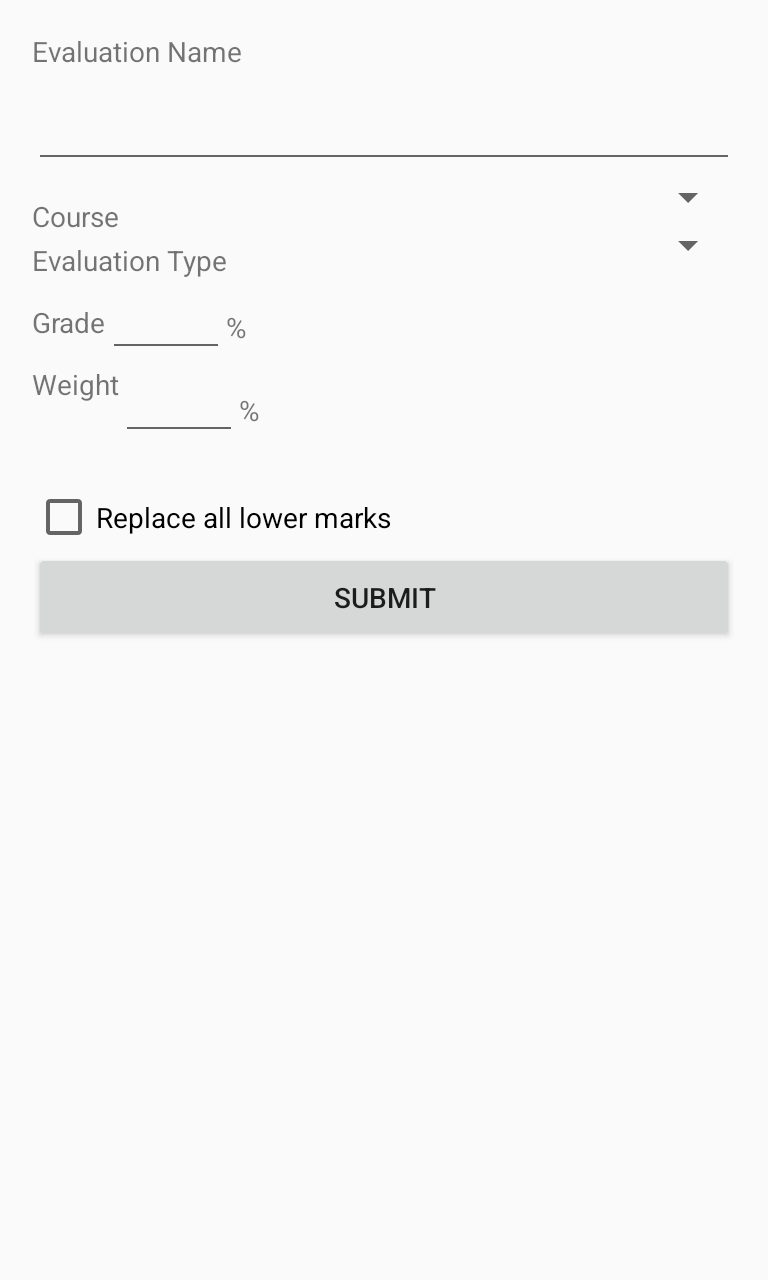
Repository: Tenergy05/GradePlanner
Layout: GradePlanner/res/layout/activity_add_mark.xml
An editor plug-in stored every save of this project. The layout is shown before and after the next save, followed by the edit.
It is drawn on a 768 x 1280 px phone screen (xhdpi) without system bars, with theme AppTheme; the app's code is not run.

Above is the layout before, as saved 2014-12-30 22:10:08.

### GradePlanner/res/layout/activity_add_mark.xml
<RelativeLayout xmlns:android="http://schemas.android.com/apk/res/android"
    xmlns:tools="http://schemas.android.com/tools"
    android:layout_width="match_parent"
    android:layout_height="match_parent"
    android:paddingBottom="@dimen/activity_vertical_margin"
    android:paddingLeft="@dimen/activity_horizontal_margin"
    android:paddingRight="@dimen/activity_horizontal_margin"
    android:paddingTop="@dimen/activity_vertical_margin"
    tools:context="com.example.gradeplanner.AddMarkActivity" >

    <TextView
        android:id="@+id/textView1"
        android:layout_width="wrap_content"
        android:layout_height="wrap_content"
        android:text="@string/eval_name" />

    <EditText
        android:id="@+id/editText1"
        android:layout_width="wrap_content"
        android:layout_height="wrap_content"
        android:layout_alignLeft="@+id/textView1"
        android:layout_alignParentRight="true"
        android:layout_below="@+id/textView1"
        android:layout_marginTop="10dp"
        android:inputType="text"
        android:ems="10" />

    <TextView
        android:id="@+id/textView2"
        android:layout_width="wrap_content"
        android:layout_height="wrap_content"
        android:layout_alignLeft="@+id/editText1"
        android:layout_below="@+id/editText1"
        android:layout_marginTop="12dp"
        android:text="@string/course" />

    <Spinner
        android:id="@+id/spinner1"
        android:layout_width="wrap_content"
        android:layout_height="wrap_content"
        android:layout_alignRight="@+id/editText1"
        android:layout_below="@+id/editText1"
        android:layout_toRightOf="@+id/textView2" />

    <TextView
        android:id="@+id/textView3"
        android:layout_width="wrap_content"
        android:layout_height="wrap_content"
        android:layout_alignLeft="@+id/textView2"
        android:layout_below="@+id/spinner1"
        android:layout_marginTop="10dp"
        android:text="@string/eval_type" />

    <Spinner
        android:id="@+id/spinner2"
        android:layout_width="wrap_content"
        android:layout_height="wrap_content"
        android:layout_alignParentRight="true"
        android:layout_toRightOf="@+id/textView3"
        android:layout_below="@+id/spinner1"/>

    <TextView
        android:id="@+id/textView4"
        android:layout_width="wrap_content"
        android:layout_height="wrap_content"
        android:layout_alignLeft="@+id/textView3"
        android:layout_below="@+id/textView3"
        android:layout_marginTop="12dp"
        android:text="@string/grade" />

    <EditText
        android:id="@+id/editText2"
        android:width="60dp"
        android:layout_width="wrap_content"
        android:layout_height="wrap_content"
        android:layout_toRightOf="@+id/textView4"
        android:layout_below="@+id/textView3"
        android:ems="10"
        android:maxLength="3"
        android:inputType="number" />

    <TextView
        android:id="@+id/textView6"
        android:layout_width="wrap_content"
        android:layout_height="wrap_content"
        android:layout_alignBaseline="@+id/editText2"
        android:layout_alignBottom="@+id/editText2"
        android:layout_toRightOf="@+id/editText2"
        android:text="@string/percentage" />

    <TextView
        android:id="@+id/textView5"
        android:layout_width="wrap_content"
        android:layout_height="wrap_content"
        android:layout_alignLeft="@+id/textView4"
        android:layout_below="@+id/textView4"
        android:layout_marginTop="12dp"
        android:text="@string/weight" />

    <EditText
        android:id="@+id/editText3"
        android:layout_width="wrap_content"
        android:layout_height="wrap_content"
        android:layout_below="@+id/editText2"
        android:layout_toRightOf="@+id/textView5"
        android:width="60dp"
        android:maxLength="3"
        android:ems="10"
        android:inputType="number" />


    <TextView
        android:id="@+id/textView7"
        android:layout_width="wrap_content"
        android:layout_height="wrap_content"
        android:layout_alignBaseline="@+id/editText3"
        android:layout_alignBottom="@+id/editText3"
        android:layout_toRightOf="@+id/editText3"
        android:text="@string/percentage" />


    <CheckBox
        android:id="@+id/checkBox1"
        android:layout_width="wrap_content"
        android:layout_height="wrap_content"
        android:layout_alignLeft="@+id/textView5"
        android:layout_below="@+id/editText3"
        android:layout_marginTop="20dp"
        android:text="@string/special_type" />

    <Button
        android:id="@+id/button1"
        android:layout_width="wrap_content"
        android:layout_height="wrap_content"
        android:layout_alignParentLeft="true"
        android:layout_alignParentRight="true"
        android:layout_below="@+id/checkBox1"
        android:text="@string/submit" />


</RelativeLayout>

### GradePlanner/res/values/strings.xml
<?xml version="1.0" encoding="utf-8"?>
<resources>

    <string name="app_name">Grade Planner</string>
    <string name="add_course">Add Course</string>
    <string name="course">Course</string>
    <string name="grade">Grade</string>
    <string name="goal">Goal</string>
    <string name="weight">Weight</string>
    <string name="action_settings">Settings</string>
    <string name="title_activity_add_course">Add Course</string>
    <string name="course_code">Course Code</string>
    <string name="grade_goal">Course Goal</string>
    <string name="add_mark">Add Mark</string>
    <string name="percentage">%</string>
    <string name="submit">Submit</string>
    <string name="title_activity_add_mark">Add Mark</string>
    <string name="eval_name">Evaluation Name</string>
    <string name="eval_type">Evaluation Type</string>
    <string name="special_type">Replace all lower marks</string>

</resources>

Loaded but not shown: GradePlanner/res/values/styles.xml (common file); GradePlanner/res/values-v11/styles.xml (common file); GradePlanner/res/values-v14/styles.xml (common file); GradePlanner/res/values/dimens.xml (common file); GradePlanner/res/values-w820dp/dimens.xml (common file)

After the next save:
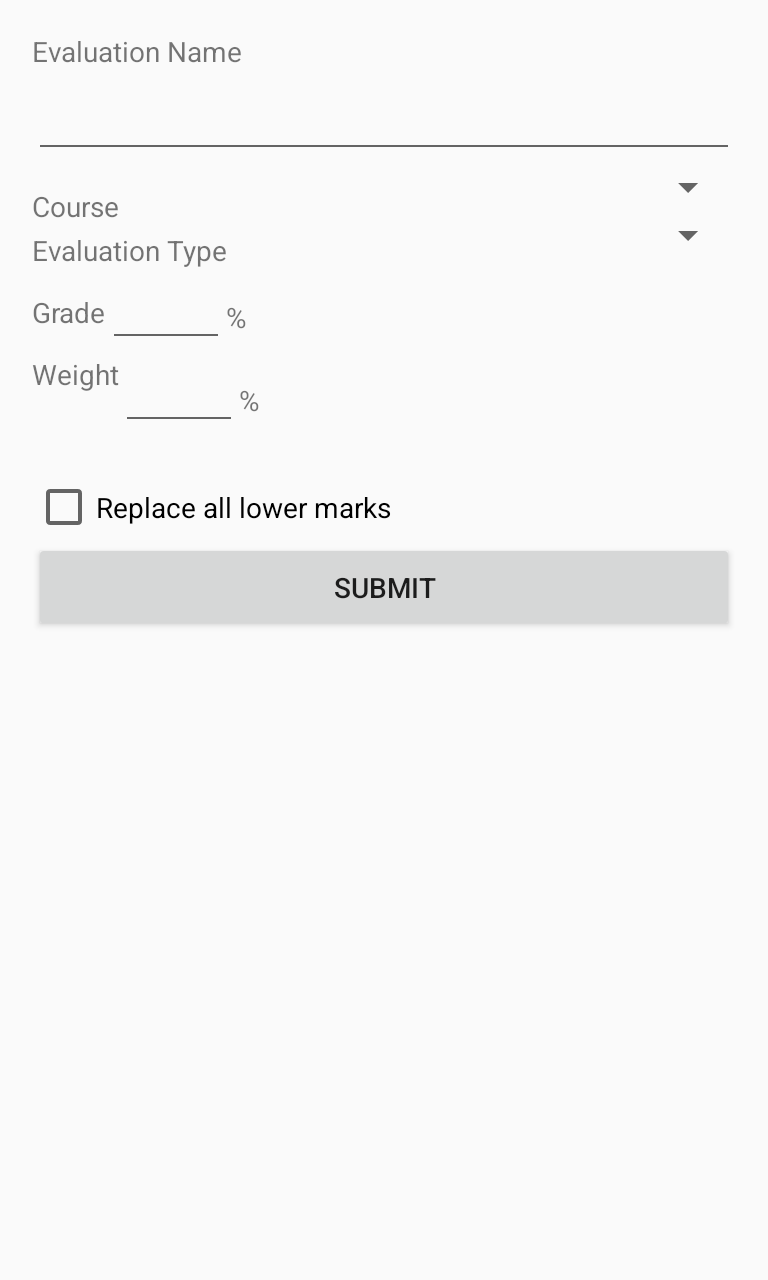
Saved 107 s later.
--- a/GradePlanner/res/layout/activity_add_mark.xml
+++ b/GradePlanner/res/layout/activity_add_mark.xml
@@ -21,7 +21,7 @@
         android:layout_alignLeft="@+id/textView1"
         android:layout_alignParentRight="true"
         android:layout_below="@+id/textView1"
-        android:layout_marginTop="10dp"
+        android:layout_marginTop="5dp"
         android:inputType="text"
         android:ems="10" />
 
